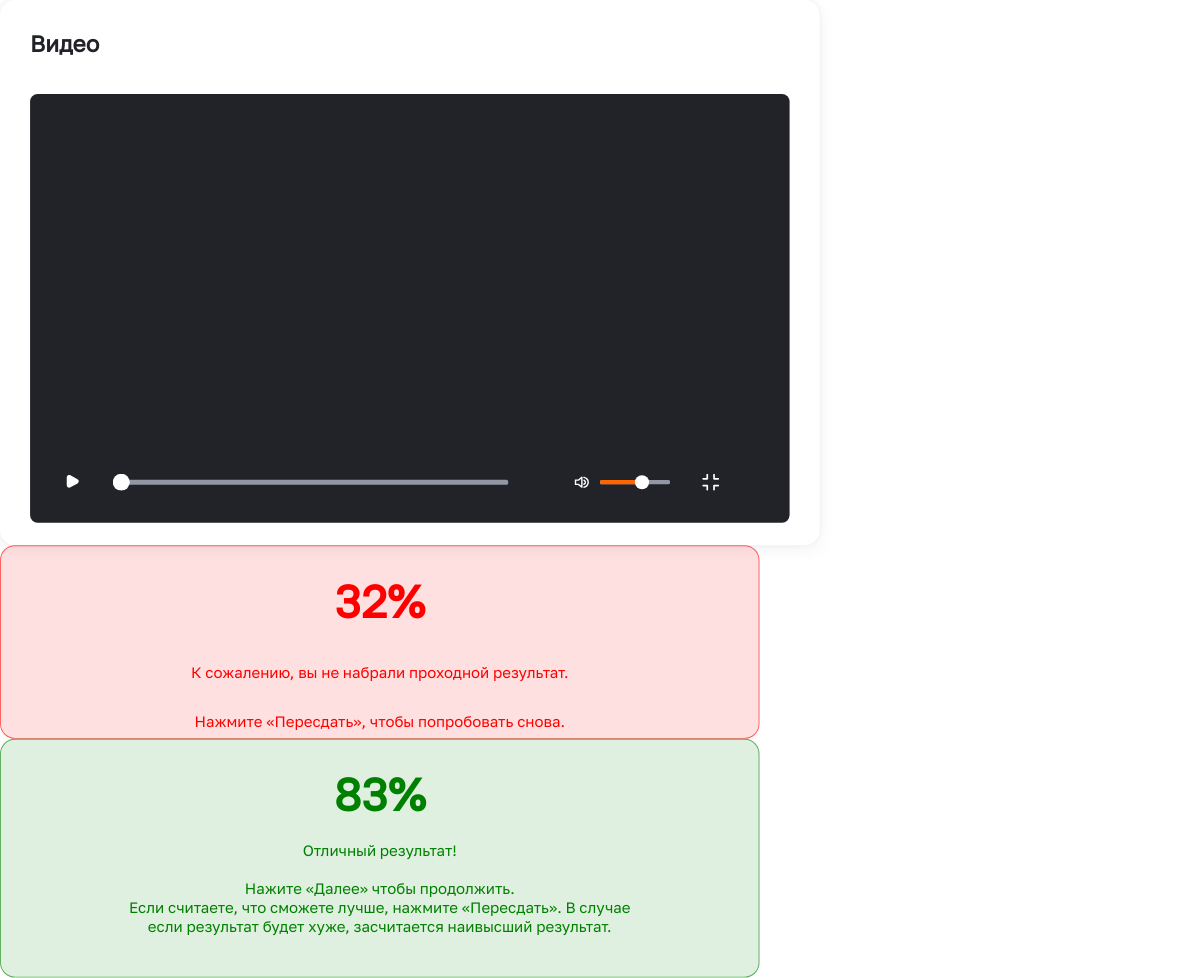
Repository: RuslanSR2424/Group5_LizaAlert
Page: index.html
An editor plug-in stored every save of this project. The page is shown before and after the next save, followed by the edit.
The browser window is 1280 px wide. The pictures show the whole page, at 94% of full size.

Above is the page before, as saved 2022-03-09 18:19:42.

After the next save:
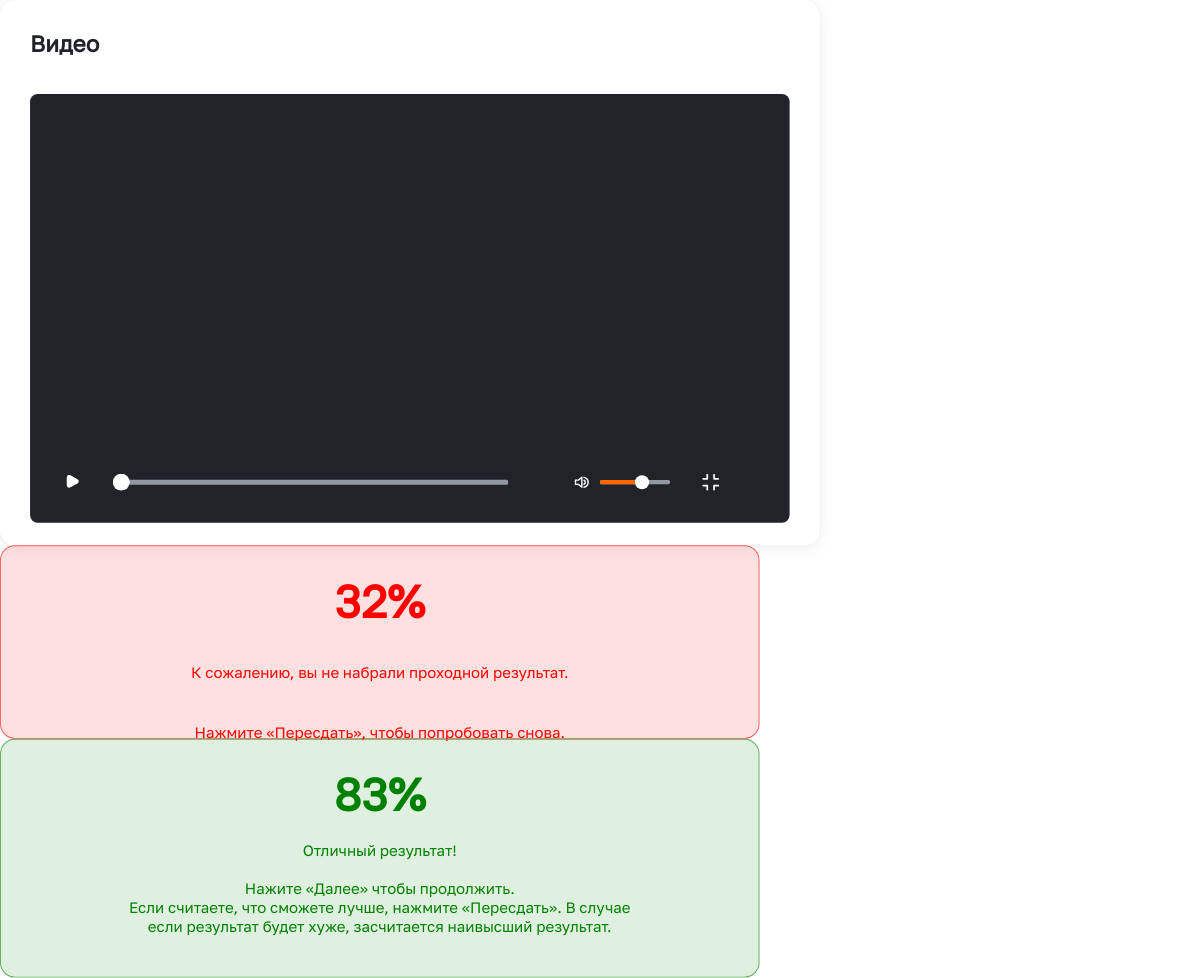
Saved 14 s later.
--- a/blocks/results/__text/_type/result__text_type_bad.css
+++ b/blocks/results/__text/_type/result__text_type_bad.css
@@ -3,3 +3,6 @@
   width: 680px;
   text-align: center;
 }
+.result__text_type_bad:nth-of-type(1){
+  margin-bottom: 28px;
+}
